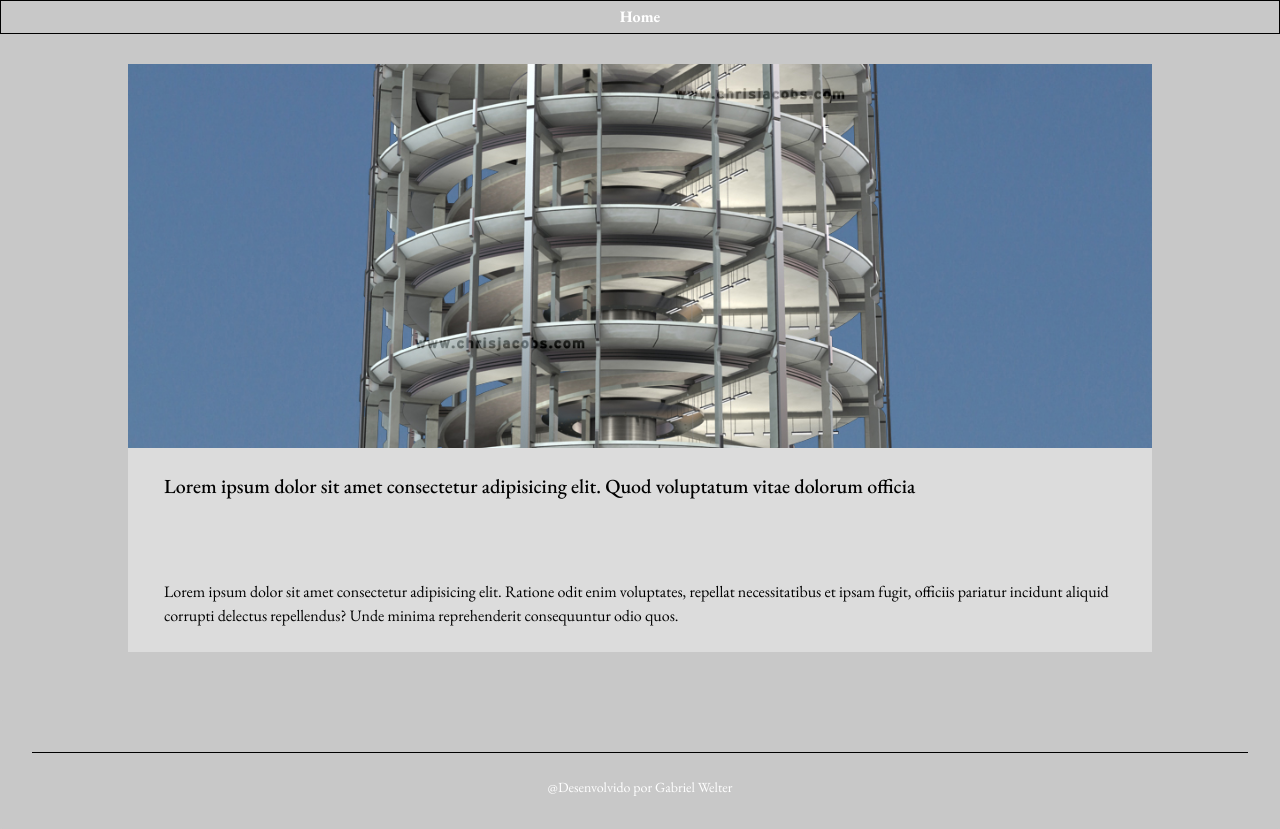
Repository: weltergab/Your-News-2-prismic-cms
Page: /noticiafull
These files come from the project's save history. The page is drawn as it stood at one moment and after the next save; the edit follows.
The browser window is 1280 px wide. The pictures show the whole page.
The project was rebuilt for these pictures with package versions that can differ from the ones it lists, and the page was loaded fresh each time. The framework's server and built-in components were replaced by stand-ins that run in the browser. Also part of the build but not shown: next.config.js.

Above is the page before, as saved 2023-04-30 20:38:55.

After the next save:
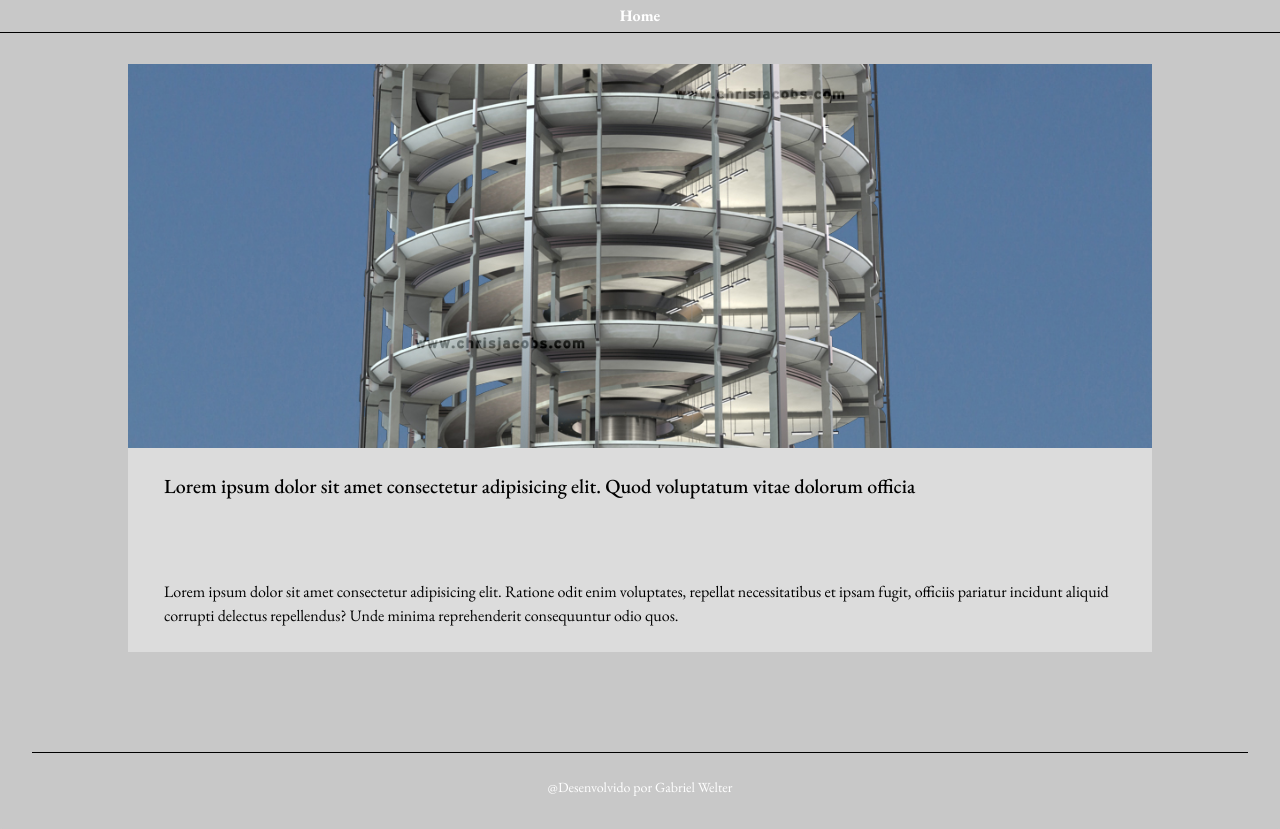
Saved 11 s later.
--- a/src/components/Navegacao/index.tsx
+++ b/src/components/Navegacao/index.tsx
@@ -2,7 +2,7 @@
 
 export function Navegacao() {
   return (
-    <div className="bg-color-footer w-full text-color-text p-1 mb-40 top-0 fixed z-10 border border-black">
+    <div className="bg-color-footer w-full text-color-text p-1 mb-40 top-0 fixed z-10 border-b border-black">
       <div className="text-center">
         <Link href="/">
           <h2 className="font-bold">Home</h2>
